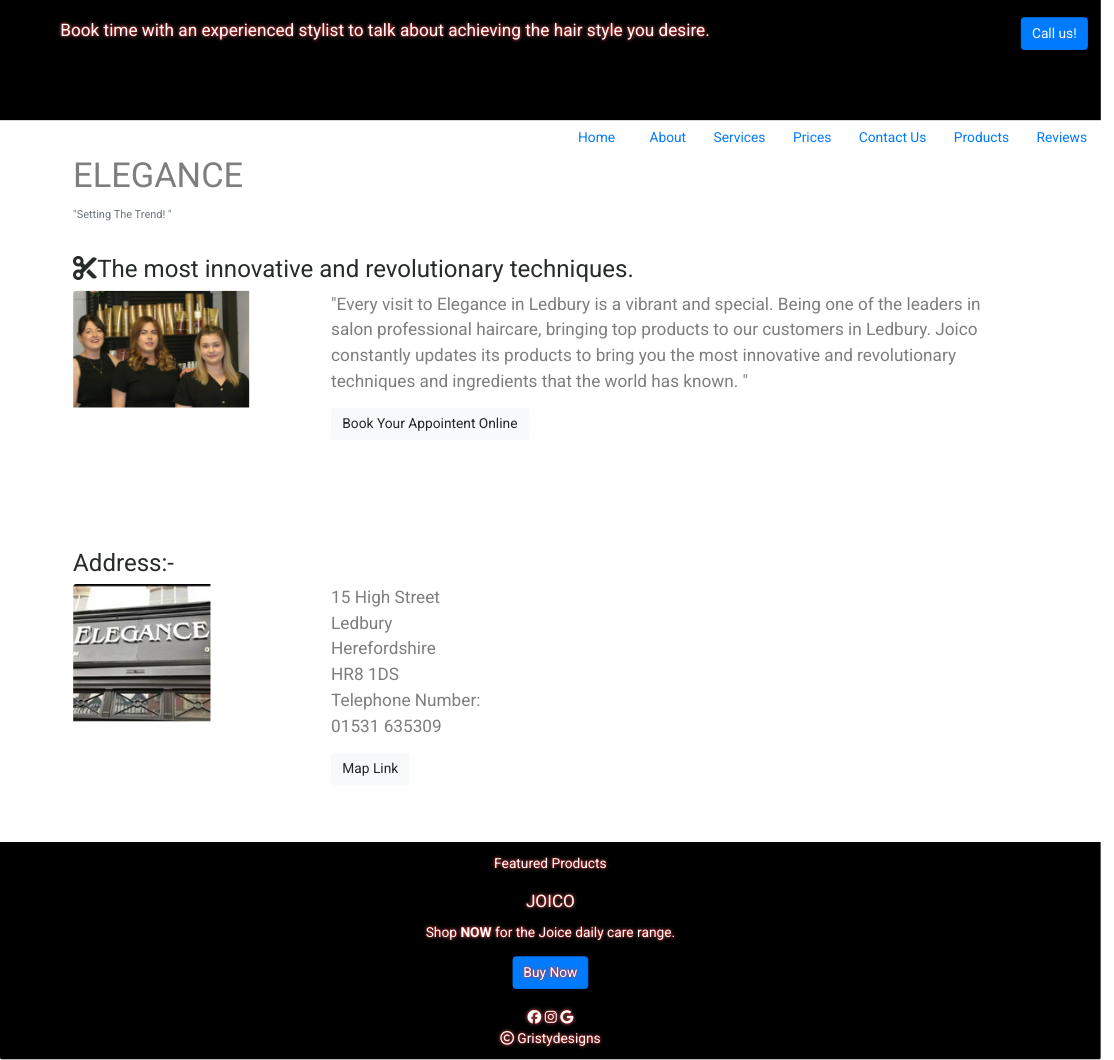
Repository: Gristydesigns/elegance-salon
Page: index.html
The author's editor kept a record of every edit. The page is drawn from the files as they stood at one moment, then again after the next edit.
The browser window is 1280 px wide. The page is 1295 px wide, so the pictures cover 1295 px, including what lies to the right of the window. The pictures show the whole page, at 86% of full size.
Some web libraries are served in a nearby version.

Above is the page before.
Console error: TypeError: Cannot read properties of undefined (reading 'fn')

After the next edit:
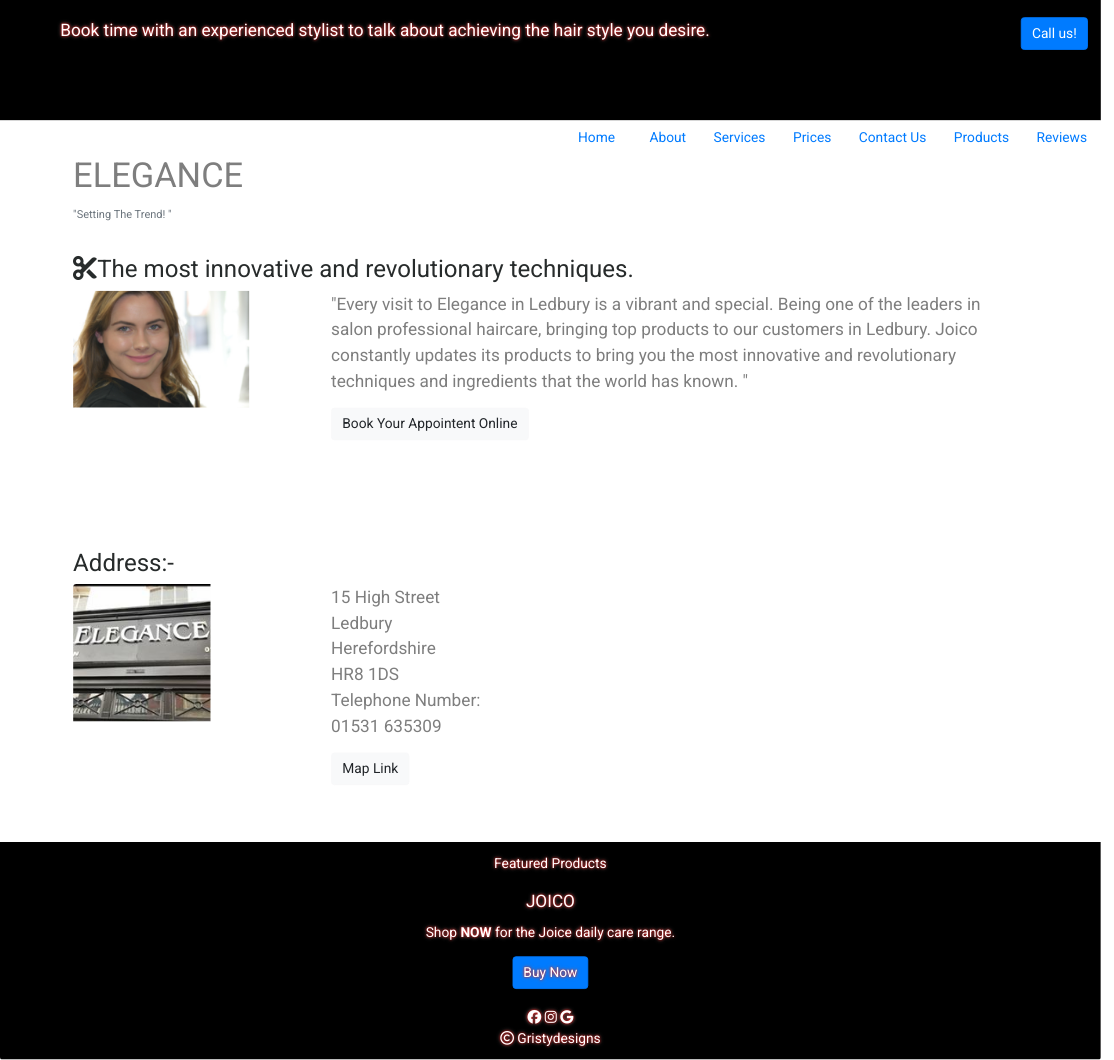
The edit:
--- a/index.html
+++ b/index.html
@@ -75,7 +75,7 @@
      <div class="col-12 ">
       <h3 class="text "><i class="fas fa-cut"></i>The most innovative and revolutionary techniques. </h3>
         <div class="media ">
-        <img src="image/team.JPG " class="img-fluid rounded " alt="Responsive image ">
+        <img src="image/image3.jpg " class="img-fluid rounded " alt="Responsive image ">
           </div>
            <blockquote class="blockquote ">
            <p> "Every visit to Elegance in Ledbury is a vibrant and special. Being one of the leaders in salon professional haircare, bringing top products to our customers in Ledbury. Joico constantly updates its products to bring you the most innovative and revolutionary techniques and ingredients that the world has known. "</p>
